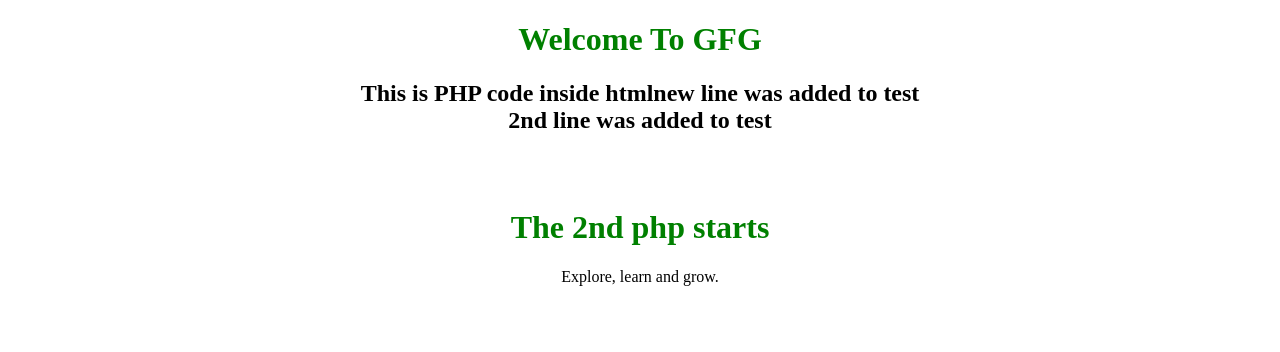
Repository: Ashwin1510/php_projectgh
Page: http://localhost/example.php
An editor plug-in stored every save of this project. The page is shown before and after the next save, followed by the edit.
The browser window is 1280 px wide. The pictures show the whole page.
The page is run by PHP 8.4 with error messages shown; the project is at /var/www/html/.

Above is the page before, as saved 2022-12-14 11:12:40.

### example.php
<!DOCTYPE html>
<html>

<head>
	<style>
		h1 {
			color: green;
		}
	</style>
</head>

<body>
	<center>
		<h1>Welcome To GFG</h1>

		<h2>
			<?php
			 echo "This is PHP code inside html";
             echo  "new line was added to test<br>";
			 echo  "2nd  line was added to test<br>";
			 echo "<br><br>"

			?>


               <h1>The 2nd php starts</h1>
              <?php

		       echo 'Explore, learn and grow.'
		     ?>
		   </p>
		</h2>
	</center>
</body>

</html>

After the next save:
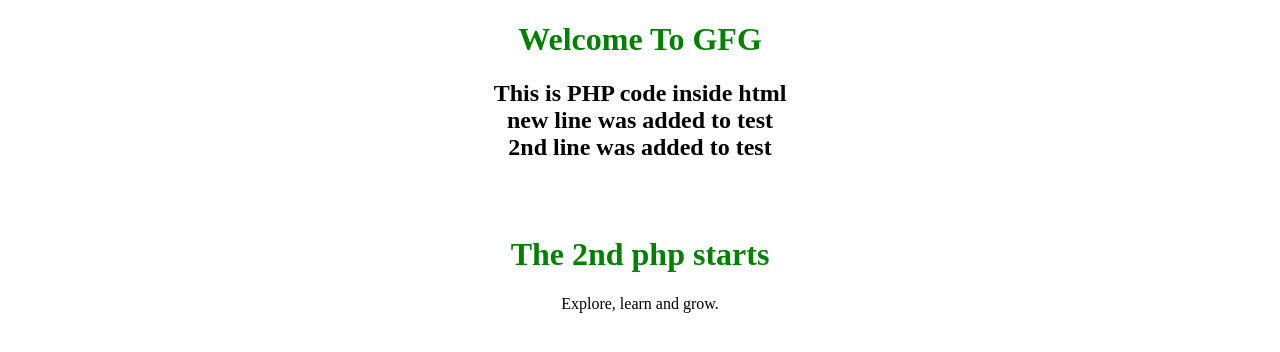
Saved 4 s later.
--- a/example.php
+++ b/example.php
@@ -15,7 +15,7 @@
 
 		<h2>
 			<?php
-			 echo "This is PHP code inside html";
+			 echo "This is PHP code inside html<br>";
              echo  "new line was added to test<br>";
 			 echo  "2nd  line was added to test<br>";
 			 echo "<br><br>"
